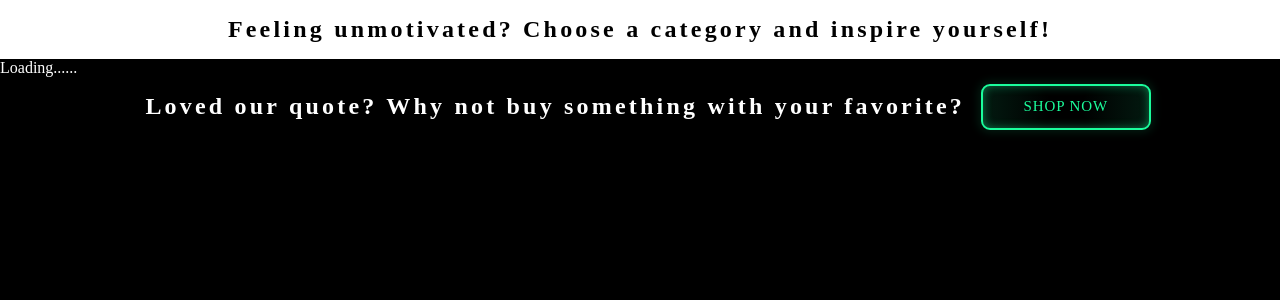
Repository: alanrceratti/motivational
Page: /
An editor plug-in stored every save of this project. The page is shown before and after the next save, followed by the edit.
The browser window is 1280 px wide. The pictures show the whole page.
The page's requests for data from a server got no answer. Some web fonts or font styles are not loaded; a fallback is used. The project was rebuilt for these pictures with package versions that can differ from the ones it lists, and the page was loaded fresh each time. No one was signed in, and anything a server would have sent is missing. Also part of the build but not shown: webpack.config.js, src/Options.module.scss, src/Options.js, src/Components/CategorySelect.module.scss, src/Components/Loading.module.scss.

Above is the page before, as saved 2023-01-14 17:24:27.

After the next save:
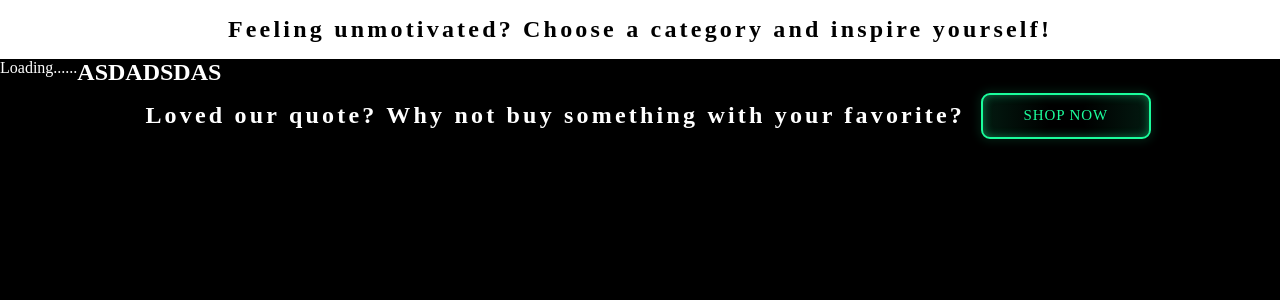
Saved 47 s later.
--- a/src/Components/Loading.js
+++ b/src/Components/Loading.js
@@ -4,6 +4,7 @@
 function Loading() {
 	return (
 		<>
+			<h1>ASDADSDAS</h1>
 			<div class="socket">
 				<div class="gel center-gel">
 					<div class="hex-brick h1"></div>

After the save that followed:
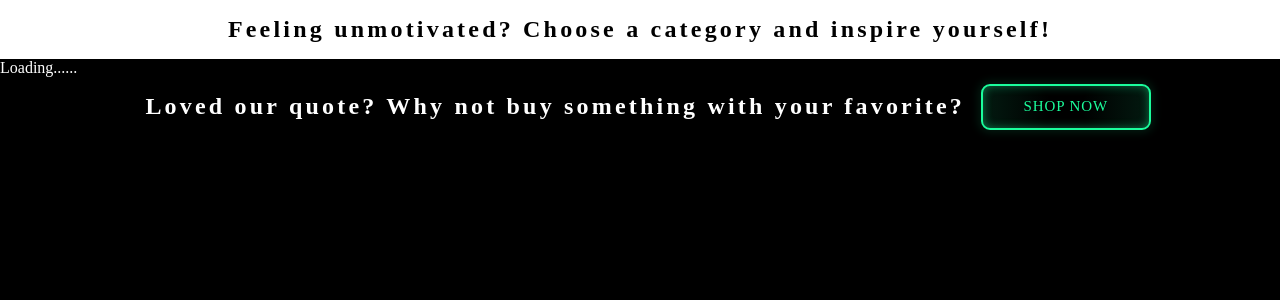
Saved 33 s later.
--- a/src/Components/Loading.js
+++ b/src/Components/Loading.js
@@ -4,7 +4,6 @@
 function Loading() {
 	return (
 		<>
-			<h1>ASDADSDAS</h1>
 			<div class="socket">
 				<div class="gel center-gel">
 					<div class="hex-brick h1"></div>
